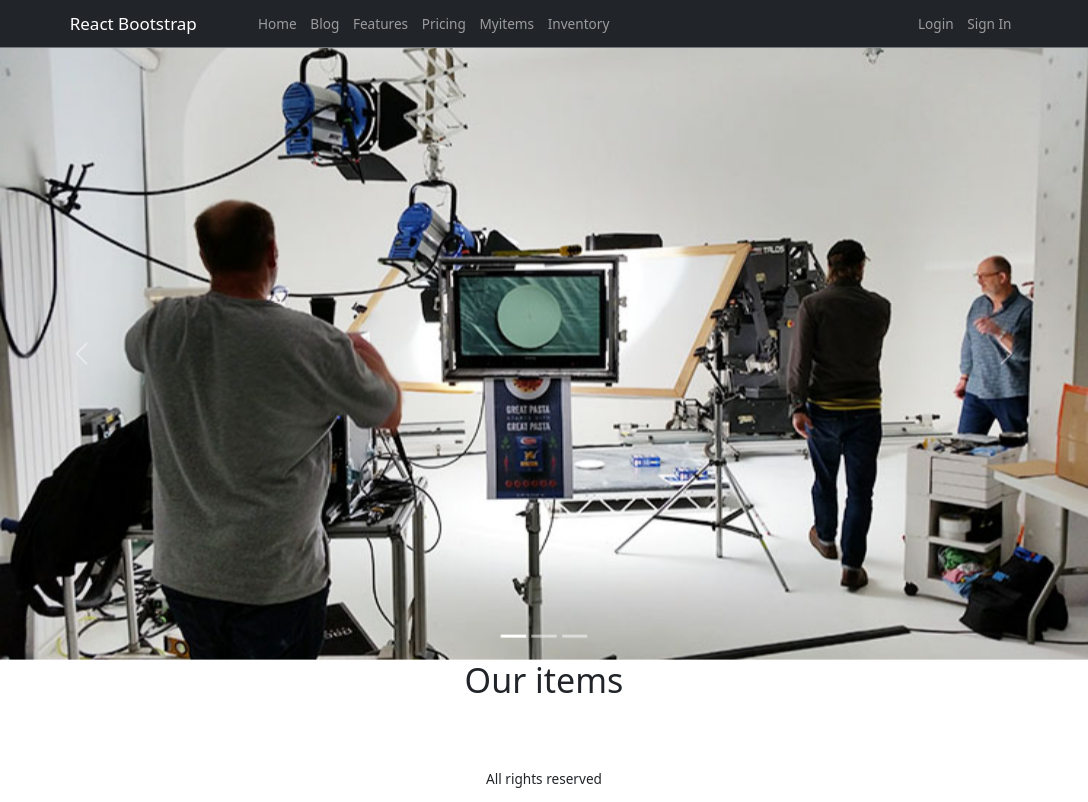
Repository: devsajid/best-motors-warehouse-app
Page: /
An editor plug-in stored every save of this project. The page is shown before and after a run of saves, followed by the edit.
The browser window is 1280 px wide. The pictures show the whole page, at 85% of full size.
The project was rebuilt for these pictures with package versions that can differ from the ones it lists, and the page was loaded fresh each time. Also part of the build but not shown: src/firebase.init.js, src/Components/Register/Register.js, src/Components/Signin/Signin.css, src/Components/Signin/Signin.js, src/Components/Blogs/Blogs.js, src/Components/About/About.js, src/Components/RequireAuth/RequireAuth.js, src/Components/Checkout/Checkout.js and 1 more.

Above is the page before, as saved 2022-05-07 21:12:34.

### src/App.js
import './App.css';
import { Route, Routes } from 'react-router-dom';
import Headers from './Components/Headers/Headers';
import Home from './Components/Home/Home';
import Register from './Components/Register/Register';
import Signin from './Components/Signin/Signin';
import Blogs from './Components/Blogs/Blogs';
import About from './Components/About/About';
import RequireAuth from './Components/RequireAuth/RequireAuth';
import Checkout from './Components/Checkout/Checkout';
import 'bootstrap/dist/css/bootstrap.min.css';
import NotFound from './Components/NotFound/NotFound';
import Footer from './Components/Footer/Footer';


function App() {
  return (
    <div className="App">
      <Headers></Headers>
      <Routes>
        <Route path="/" element={<Home></Home>}></Route>
        <Route path="/home" element={<Home></Home>}></Route>
        <Route path="/Register" element={<Register></Register>}></Route>
        <Route path="/Signin" element={<Signin></Signin>}></Route>
        <Route path="/Blogs" element={<Blogs></Blogs>}></Route>
        <Route path="/About" element={<About></About>}></Route>
        <Route path="/Checkout" element={
          <RequireAuth><Checkout></Checkout></RequireAuth>}></Route>
        <Route path="/*" element={<NotFound />} />

      </Routes>
      <Footer></Footer>
    </div>
  );
}

export default App;

### src/Components/Headers/Headers.js
import React from "react";
// import "./Headers.css";
// import { Link } from "react-router-dom";
// import { useAuthState } from "react-firebase-hooks/auth";
// import auth from "../../firebase.init";
// import { signOut } from "firebase/auth";
import { Navbar, Container, Nav } from "react-bootstrap";

function Headers() {
  // const [user] = useAuthState(auth);
  // const handleSignOut = () => {
  //   signOut(auth);
  // };

  return (
    <div>
      {" "}
      <Navbar collapseOnSelect expand="lg" bg="dark" variant="dark">
        <Container>
          <Navbar.Brand href="#home"> React Bootstrap</Navbar.Brand>

          <Navbar.Toggle aria-controls="responsive-navbar-nav" />
          <Navbar.Collapse id="responsive-navbar-nav">
            <Nav
              className="me-auto m-5 my-lg-0"
              style={{ maxHeight: "100px" }}
              navbarScroll
            >
              <Nav.Link href="#home">Home</Nav.Link>
              <Nav.Link href="#blog">Blog</Nav.Link>
              <Nav.Link href="#features">Features</Nav.Link>
              <Nav.Link href="#pricing">Pricing</Nav.Link>
              <Nav.Link href="#myitems">Myitems</Nav.Link>
              <Nav.Link href="#inventory">Inventory</Nav.Link>
            </Nav>
            <Nav>
              <Nav.Link href="#login">Login</Nav.Link>
              <Nav.Link eventKey={2} href="#signIn">
                Sign In
              </Nav.Link>
            </Nav>
          </Navbar.Collapse>
        </Container>
      </Navbar>
    </div>
  );
}

//   return (
//     <div>
//       <nav class="navbar navbar-expand-lg navbar-light bg-light">
//         <div class="container-fluid">
//           <Link to="/" class="navbar-brand">
//             <h4>MR Rana Photography</h4>
//           </Link>
//           <button
//             class="navbar-toggler"
//             type="button"
//             data-bs-toggle="collapse"
//             data-bs-target="#navbarNav"
//             aria-controls="navbarNav"
//             aria-expanded="false"
//             aria-label="Toggle navigation"
//           >
//             <span class="navbar-toggler-icon"></span>
//           </button>
//           <div class="collapse navbar-collapse" id="navbarNav">
//             <ul class="navbar-nav">
//               <li class="nav-item">
//                 <Link to="/" class="nav-link active"aria-current="page">
//                   Home
//                 </Link>
//               </li>
//               <li class="nav-item">
//                 <Link to="/Blogs" class="nav-link">
//                   Blog
//                 </Link>
//               </li>
//               <li class="nav-item">
//                 <Link to="/About" class="nav-link">
//                   About
//                 </Link>
//               </li>
//               <li class="nav-item">
//                 <Link to="/MyItems" class="nav-link">
//                   MyItems
//                 </Link>
//               </li>
//               <li class="nav-item">
//                 <Link to="/Inventory" class="nav-link">
//                   Inventory
//                 </Link>
//               </li>
//               <li class="nav-item">
//                 <Link to="/Register" class="nav-link">
//                   Register
//                 </Link>
//               </li>
//               <li class="nav-item">
//                 {user ? (
//                   <button
//                     onClick={handleSignOut}
//                     class="nav-link btn btn-light"
//                   >
//                     Sign Out
//                   </button>
//                 ) : (
//                   <Link to="/Signin" class="nav-link">
//                     Signin
//                   </Link>
//                 )}
//               </li>
//             </ul>
//           </div>
//         </div>
//       </nav>
//     </div>
//   );

export default Headers;

### src/Components/Home/Home.js
import React from "react";
import slide1 from "../../img/slide/1.jpg";
import slide2 from "../../img/slide/2.jpg";
import slide3 from "../../img/slide/3.jpg";
import Items from "../Items/Items";
function Home() {
  return (
    <div>
      <div
        id="carouselExampleIndicators"
        class="carousel slide"
        data-bs-ride="carousel"
      >
        <div class="carousel-indicators">
          <button
            type="button"
            data-bs-target="#carouselExampleIndicators"
            data-bs-slide-to="0"
            class="active"
            aria-current="true"
            aria-label="Slide 1"
          ></button>
          <button
            type="button"
            data-bs-target="#carouselExampleIndicators"
            data-bs-slide-to="1"
            aria-label="Slide 2"
          ></button>
          <button
            type="button"
            data-bs-target="#carouselExampleIndicators"
            data-bs-slide-to="2"
            aria-label="Slide 3"
          ></button>
        </div>
        <div class="carousel-inner">
          <div class="carousel-item active">
            <img src={slide1} class="d-block w-100" alt="slide1" />
          </div>
          <div class="carousel-item">
            <img src={slide2} class="d-block w-100" alt="slide2" />
          </div>
          <div class="carousel-item">
            <img src={slide3} class="d-block w-100" alt="slide3" />
          </div>
        </div>
        <button
          class="carousel-control-prev"
          type="button"
          data-bs-target="#carouselExampleIndicators"
          data-bs-slide="prev"
        >
          <span class="carousel-control-prev-icon" aria-hidden="true"></span>
          <span class="visually-hidden">Previous</span>
        </button>
        <button
          class="carousel-control-next"
          type="button"
          data-bs-target="#carouselExampleIndicators"
          data-bs-slide="next"
        >
          <span class="carousel-control-next-icon" aria-hidden="true"></span>
          <span class="visually-hidden">Next</span>
        </button>
      </div>

      <div>
        <Items></Items>
      </div>
    </div>
  );
}

export default Home;

### src/Components/Footer/Footer.js
import React from 'react'

function Footer() {
  return (
    <div>
        <p>All rights reserved</p>
    </div>
  )
}

export default Footer

### src/Components/Items/Items.js
import React from "react";
import { useState, useEffect } from "react";
import Item from "../Item/Item";
const Items = () => {
  const [items, setItems] = useState([]);
  useEffect(() => {
    fetch("services.json")
      .then((res) => res.json())
      .then((data) => setItems(data));
  }, []);
  return (
    <div>
      <h1 className="items-title">Our items</h1>
      {items.map((item) => (
        <Item key={item.id} item={item}></Item>
      ))}
    </div>
  );
};

export default Items;

### src/Components/Item/Item.js
import React from "react";
import { Card, Button, Col, Container, Row } from "react-bootstrap";

const Item = ({ item }) => {
  const { name, img, description, price } = item;

  return (
    // <div className="item">
    //   <div class="row">
    //     <div class="col-sm-6">
    //       <div class="card">
    //         <div class="card-body">
    //           <img src={img} alt="item-pic" />
    //           <h5 class="card-title">Name : {name}</h5>
    //           <p class="card-text"></p>
    //           <p class="card-text">Price : {price}</p>
    //           {/* <p class="card-text">quantity : {quantity}</p>
    //     <p class="card-text">supplyername : {supplyername}</p> */}
    //           <Link to="/Checkout" class="btn btn-primary">
    //             Checkout Now
    //           </Link>
    //         </div>
    //       </div>
    //     </div>
    //   </div>
    // </div>

    // <Container>
    //   <Row>
    //     <Col lg={4}>
    //       <Card style={{ width: "18rem" }}>
    //         <Card.Img variant="top" src={img} alt="item-pic" />
    //         <Card.Body>
    //           <Card.Title>Name : {name}</Card.Title>
    //           <Card.Text>shortDes : {description}</Card.Text>
    //           <Card.Text>Price : ${price}</Card.Text>
    //           <Button variant="primary">Go somewhere</Button>
    //         </Card.Body>
    //       </Card>
    //     </Col>
    //   </Row>
    // </Container>
    <Container>
      <Row>
        <Col>
          <div>
            <h2></h2>
          </div>
        </Col>
      </Row>
    </Container>
  );
};

export default Item;

### public/services.json
[
    {  "id":1,
        "price":1000,
        "name": "food avertising",
        "description":"Lorem isfdadgld fnli dfsagsssssssssssssssssssssssssa",
        "img":"https://www.packshotfactory.co.uk/media/img/s_rgb/001424_tnm.jpg"},

    {   "id":2,
        "name": "drink avertising",
        "price":1000,
         "description":"Lorem isfdadgld fnli dfsagsssssssssssssssssssssssssa",
         "img":"https://www.packshotfactory.co.uk/media/img/s_rgb/001007_tnm.jpg"},

    {   "id":3,
        "name": "Liquid & smoke advertising",
        "price":1000, "description":
        "Lorem isfdadgld fnli dfsagsssssssssssssssssssssssssa",
        "img":"https://www.packshotfactory.co.uk/media/img/s_rgb/002288_tnm.jpg"},
    {   "id":4,
        "name": "Watches advertising",
        "price":1000,
        "description":"Lorem isfdadgld fnli dfsagsssssssssssssssssssssssssa",
        "img":"https://www.packshotfactory.co.uk/media/img/s_rgb/001364_tnm.jpg"},
    {   "id":5,
        "name": "Jwellarry avertising",
        "price":1000,
         "description":"Lorem isfdadgld fnli dfsagsssssssssssssssssssssssssa",
         "img":"https://www.packshotfactory.co.uk/media/img/s_rgb/002029_tnm.jpg"},
         {   "id":6,
            "name": "Fashion advertising",
            "price":1000,
            "description":"Lorem isfdadgld fnli dfsagsssssssssssssssssssssssssa",
            "img":"https://www.packshotfactory.co.uk/media/img/s_rgb/002815_tnm.jpg"}
            ,
         {   "id":7,
            "name": "Cosmatics advertising",
            "price":1000,
            "description":"Lorem isfdadgld fnli dfsagsssssssssssssssssssssssssa",
            "img":"https://www.packshotfactory.co.uk/media/img/s_rgb/002529_tnm.jpg"}
            ,
         {   "id":8,
            "name": "Artwork advertising",
            "price":1000,
            "description":"Lorem isfdadgld fnli dfsagsssssssssssssssssssssssssa",
            "img":"https://www.packshotfactory.co.uk/media/img/s_rgb/001358_tnm.jpg"}
            ,
         {   "id":9,
            "name": "Other products advertising",
            "price":1000,
            "description":"Lorem isfdadgld fnli dfsagsssssssssssssssssssssssssa",
            "img":"https://www.packshotfactory.co.uk/media/img/s_rgb/002345_tnm.jpg"}
]

Loaded but not shown: public/index.html (common file); src/index.js (common file); src/index.css (common file); src/App.css (common file)

After the next 2 saves:
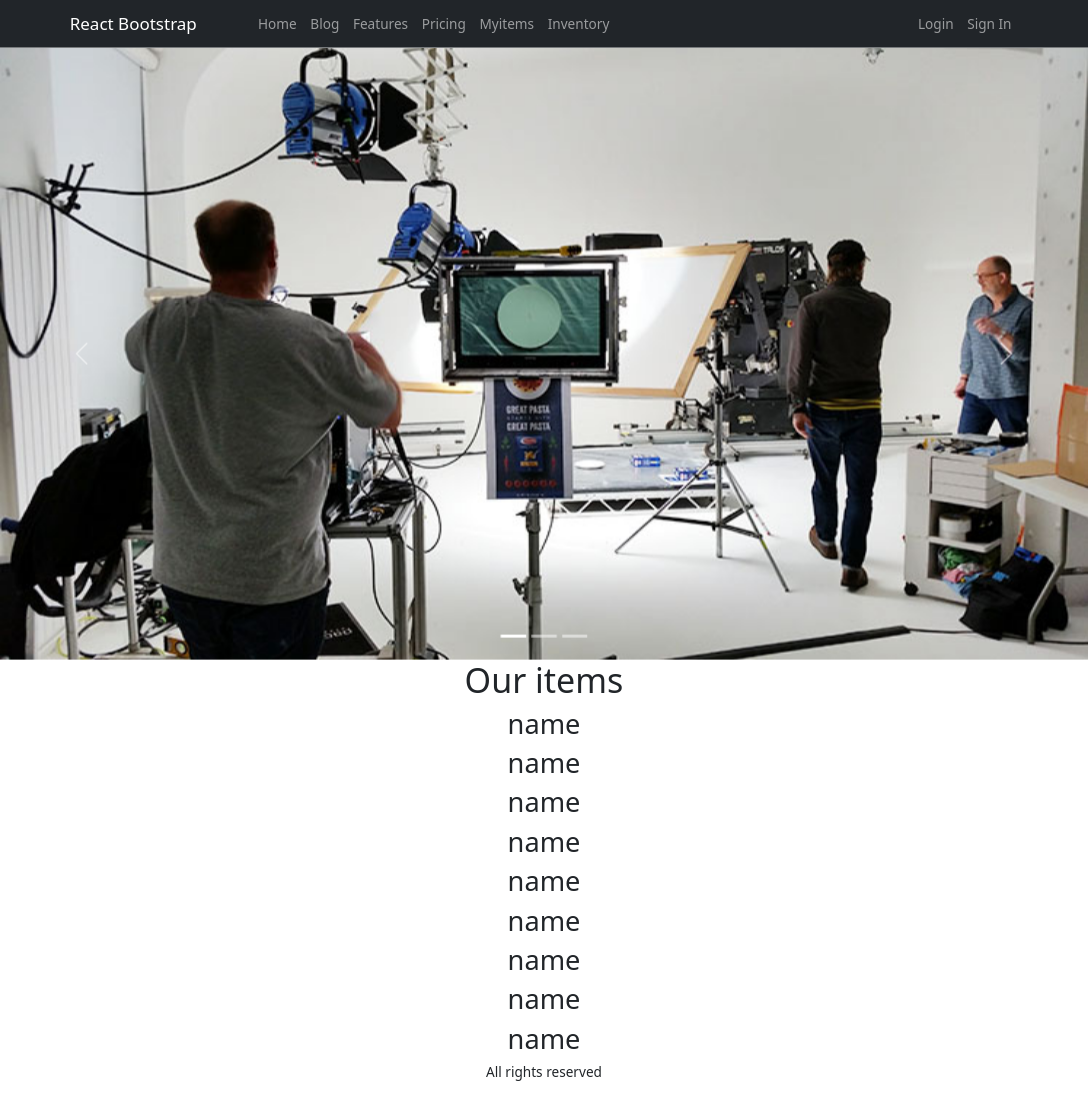
The 2 saves are shown as one change because they came seconds apart.
The last was saved 6 s later.
--- a/src/Components/Item/Item.js
+++ b/src/Components/Item/Item.js
@@ -44,7 +44,7 @@ const Item = ({ item }) => {
       <Row>
         <Col>
           <div>
-            <h2></h2>
+            <h2>name</h2>
           </div>
         </Col>
       </Row>
